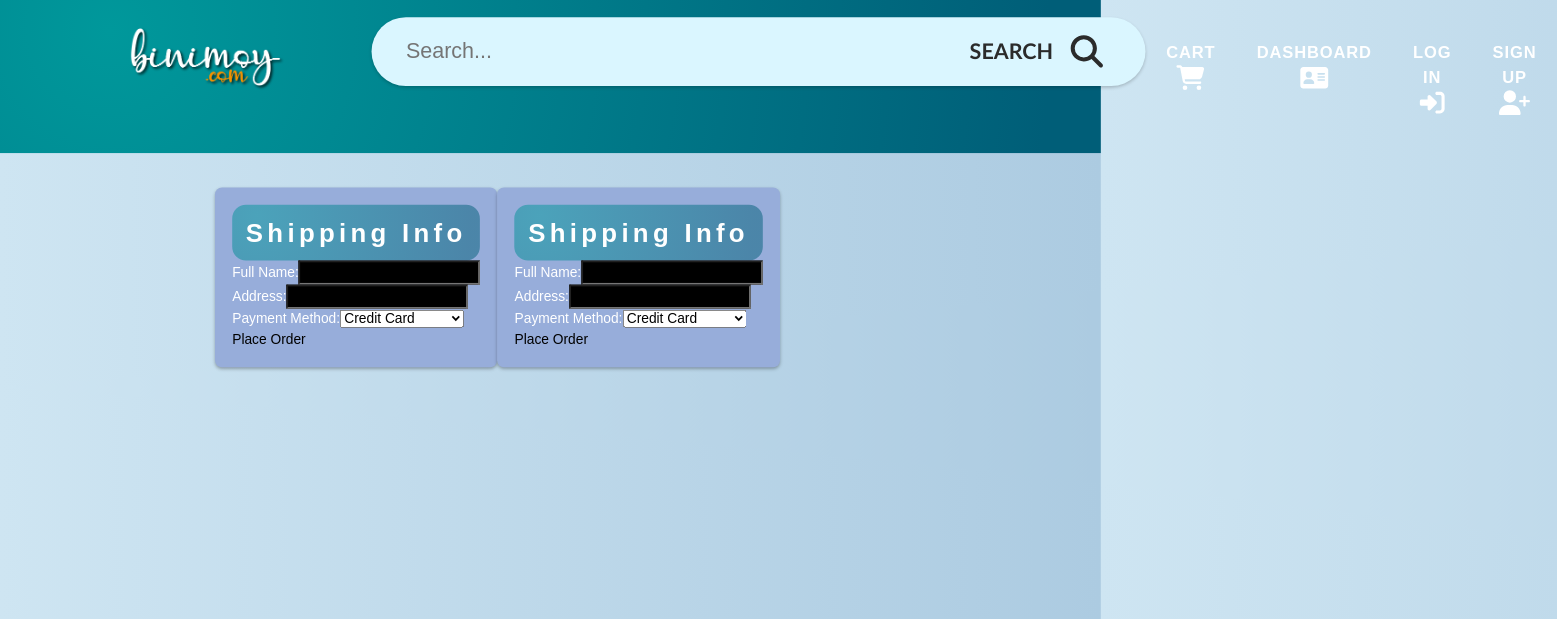
Repository: Shadman2024/2_1_DatabaseProject
Page: /checkout (app in frontend/)
The author's editor kept a copy of each file at every save. The page is drawn from the files as they stood at one save, then again after the next save.
The browser window is 1280 px wide. The page is 1811 px wide, so the pictures cover 1811 px, including what lies to the right of the window. The pictures show the whole page, at 86% of full size.
Some web libraries are served in a nearby version. The project was rebuilt for these pictures with package versions that can differ from the ones it lists, and the page was loaded fresh each time. Also part of the build but not shown: frontend/src/App.css, frontend/src/signUp/signup.js, frontend/src/logIn/login.js, frontend/src/Home/home.module.css, frontend/src/Home/hero.js, frontend/src/Home/hero2.js, frontend/src/Home/hero3.js, frontend/src/Home/smallcategory.module.css and 31 more.

Above is the page before, as saved 2024-03-08 13:48:42.

### frontend/public/index.html
<!DOCTYPE html>
<html lang="en">

<head>
  <meta charset="utf-8" />
  <link rel="icon" href="%PUBLIC_URL%/favicon.ico" />
  <meta name="viewport" content="width=device-width, initial-scale=1" />
  <meta name="theme-color" content="#000000" />
  <meta name="description" content="Web site created using create-react-app" />
  <link rel="apple-touch-icon" href="%PUBLIC_URL%/logo192.png" />
  <!--
      manifest.json provides metadata used when your web app is installed on a
      user's mobile device or desktop. See https://developers.google.com/web/fundamentals/web-app-manifest/
    -->
  <link rel="manifest" href="%PUBLIC_URL%/manifest.json" />
  <link href="https://cdn.jsdelivr.net/npm/bootstrap@5.0.2/dist/css/bootstrap.min.css" rel="stylesheet"
    integrity="sha384-EVSTQN3/azprG1Anm3QDgpJLIm9Nao0Yz1ztcQTwFspd3yD65VohhpuuCOmLASjC" crossorigin="anonymous">
  <!--
      Notice the use of %PUBLIC_URL% in the tags above.
      It will be replaced with the URL of the `public` folder during the build.
      Only files inside the `public` folder can be referenced from the HTML.

      Unlike "/favicon.ico" or "favicon.ico", "%PUBLIC_URL%/favicon.ico" will
      work correctly both with client-side routing and a non-root public URL.
      Learn how to configure a non-root public URL by running `npm run build`.
    -->
  <title>React App</title>
</head>

<body style="background: linear-gradient(to right, #cee5f2, #accbe1);
/* Other styles */
margin: 0;
height: 100vh;
color: white;">
<!-- <body style="background: #1B1B1B"> -->


  <noscript>You need to enable JavaScript to run this app.</noscript>
  <div id="root"></div>
  <!--
      This HTML file is a template.
      If you open it directly in the browser, you will see an empty page.

      You can add webfonts, meta tags, or analytics to this file.
      The build step will place the bundled scripts into the <body> tag.

      To begin the development, run `npm start` or `yarn start`.
      To create a production bundle, use `npm run build` or `yarn build`.
    -->
  <script src="https://cdn.jsdelivr.net/npm/bootstrap@5.0.2/dist/js/bootstrap.bundle.min.js"
    integrity="sha384-MrcW6ZMFYlzcLA8Nl+NtUVF0sA7MsXsP1UyJoMp4YLEuNSfAP+JcXn/tWtIaxVXM"
    crossorigin="anonymous"></script>
  <script src="https://cdn.jsdelivr.net/npm/@popperjs/core@2.9.2/dist/umd/popper.min.js"
    integrity="sha384-IQsoLXl5PILFhosVNubq5LC7Qb9DXgDA9i+tQ8Zj3iwWAwPtgFTxbJ8NT4GN1R8p"
    crossorigin="anonymous"></script>
  <script src="https://cdn.jsdelivr.net/npm/bootstrap@5.0.2/dist/js/bootstrap.min.js"
    integrity="sha384-cVKIPhGWiC2Al4u+LWgxfKTRIcfu0JTxR+EQDz/bgldoEyl4H0zUF0QKbrJ0EcQF"
    crossorigin="anonymous"></script>
  <script src="https://code.jquery.com/jquery-3.2.1.slim.min.js"
    integrity="sha384-KJ3o2DKtIkvYIK3UENzmM7KCkRr/rE9/Qpg6aAZGJwFDMVNA/GpGFF93hXpG5KkN"
    crossorigin="anonymous"></script>
  <script src="https://cdnjs.cloudflare.com/ajax/libs/popper.js/1.12.3/umd/popper.min.js"
    integrity="sha384-vFJXuSJphROIrBnz7yo7oB41mKfc8JzQZiCq4NCceLEaO4IHwicKwpJf9c9IpFgh"
    crossorigin="anonymous"></script>
  <script src="https://maxcdn.bootstrapcdn.com/bootstrap/4.0.0-beta.2/js/bootstrap.min.js"
    integrity="sha384-alpBpkh1PFOepccYVYDB4do5UnbKysX5WZXm3XxPqe5iKTfUKjNkCk9SaVuEZflJ"
    crossorigin="anonymous"></script>


</body>

</html>

### frontend/src/index.css
*{
  margin: 0;
  outline: none;
}
body {
  margin: 0;
  font-family: -apple-system, BlinkMacSystemFont, 'Segoe UI', 'Roboto', 'Oxygen',
    'Ubuntu', 'Cantarell', 'Fira Sans', 'Droid Sans', 'Helvetica Neue',
    sans-serif;
  -webkit-font-smoothing: antialiased;
  -moz-osx-font-smoothing: grayscale;
}

code {
  font-family: source-code-pro, Menlo, Monaco, Consolas, 'Courier New',
    monospace;
}
html {
  scroll-behavior: smooth;
  position: relative;
  min-height: 100%;
  overflow-x: hidden;
}

### frontend/src/signUp/signup.module.css

.login_box {
  position: absolute;
  top: 50%;
  left: 50%;
  width: 400px;
  padding: 40px;
  margin: 20px auto;
  transform: translate(-50%, -55%);
  background-image: radial-gradient( circle farthest-corner at 10% 20%,  rgba(0,152,155,1) 0.1%, rgba(0,94,120,1) 94.2% );
  box-sizing: border-box;
  box-shadow: 0 15px 25px rgba(0,0,0,.6);
  border-radius: 10px;
  color: #ffffff;
  font-size: large;
  /* padding-left: 100px;
  padding-right: 100px; */
}
.login_box .user_box {
  position: relative;
}

.login_box .user_box input {
  width: 100%;
  padding: 10px 0;
  font-size: 16px;
  color: #fffdfd;
  margin-bottom: 30px;
  border: none;
  /* background-color: #0F1F2A; */
  border-bottom: 1px solid #ffffff;
  outline: none;
  background: transparent;
  font-size: larger;
  /* font-weight: bolder; */
}

.login_box .user_box label {
  position: absolute;
  top: -20px;
  left: 0;
  padding: 10px 0;
  font-size: 20px;
  color: #ffffff;
  /* background-color: #2E5D7F; */
  pointer-events: none;
  transition: .5s;
  font-size: large;
  /* padding: 0px;
  padding-left: 20%;
  padding-right: 20%; */
  font-weight: bold;
}

.login_box .user_box input:focus ~ label,
.login_box .user_box input:valid ~ label {
  /* top: -20px; */
  left: 0;
  color: #ffffff;
  font-size: 20px;
  /* background-color: #242424; */
  padding: 0px;
  padding-left: 10px;
  padding-right: 10px;
  font-weight: bolder;
}


.login_box p:first-child {
  margin: 0 0 30px;
  padding: 0;
  color: #ffffff;
  text-align: center;
  font-size: 1.5rem;
  font-weight: bold;
  letter-spacing: 1px;
  padding-bottom: 30px;
}




.animated_button {
  position: relative;
  display: inline-block;
  padding: 12px 24px;
  border: none;
  font-size: 16px;
  background-color: inherit;
  border-radius: 100px;
  font-weight: 600;
  color: #ffffff;
  box-shadow: 0 0 0 2px #ffffff00;
  cursor: pointer;
  overflow: hidden;
  transition: all 0.6s cubic-bezier(0.23, 1, 0.320, 1);
  text-align: center;
  font-size: 1.2rem;
  /* font-weight: bold; */
  letter-spacing: 1px;
  /* padding-bottom: 30px; */
}

.animated_button span:last-child {
  position: absolute;
  top: 50%;
  left: 50%;
  transform: translate(-50%, -50%);
  width: 20px;
  height: 20px;
  background-color: #fff;
  /* color: #000; */
  border-radius: 50%;
  opacity: 0;
  transition: all 0.8s cubic-bezier(0.23, 1, 0.320, 1);
}

.animated_button span:first-child {
  position: relative;
  z-index: 1;
}

.animated_button:hover {
  box-shadow: 0 0 0 3px #ffffff;
  color: #2F0332;
}

.animated_button:active {
  scale: 0.95;
}

.animated_button:hover span:last-child {
  width: 150px;
  height: 150px;
  opacity: 1;
}

input {
  color: white;
  background-color: black;
}

::-ms-reveal {
  filter: invert(100%);
}

/* Chrome, Safari, Edge, Opera */
input::-webkit-outer-spin-button,
input::-webkit-inner-spin-button {
-webkit-appearance: none;
margin: 0;
}

### frontend/src/logIn/login.module.css


.login_box {
  position: absolute;
  top: 50%;
  left: 50%;
  width: 400px;
  padding: 40px;
  margin: 20px auto;
  transform: translate(-50%, -55%);
  background-image: radial-gradient( circle farthest-corner at 10% 20%,  rgba(0,152,155,1) 0.1%, rgba(0,94,120,1) 94.2% );
  box-sizing: border-box;
  box-shadow: 0 15px 25px rgba(0, 0, 0, .6);
  border-radius: 10px;
  color: #ffffff;
  font-size: large;
  /* padding-left: 100px;
  padding-right: 100px; */
}

.login_box .user_box {
  position: relative;
}

.login_box .user_box input {
  width: 100%;
  padding: 10px 0;
  font-size: 16px;
  color: #fffdfd;
  margin-bottom: 30px;
  border: none;
  /* background-color: #0F1F2A; */
  border-bottom: 1px solid #ffffff;
  outline: none;
  background: transparent;
  font-size: larger;
  /* font-weight: bolder; */
}

.login_box .user_box label {
  position: absolute;
  top: -20px;
  left: 0;
  padding: 10px 0;
  font-size: 20px;
  color: #ffffff;
  /* background-color: #2E5D7F; */
  pointer-events: none;
  transition: .5s;
  font-size: large;
  /* padding: 0px;
  padding-left: 20%;
  padding-right: 20%; */
  font-weight: bold;
}

.login_box .user_box input:focus~label,
.login_box .user_box input:valid~label {
  /* top: -20px; */
  left: 0;
  color: #ffffff;
  font-size: 20px;
  /* background-color: #242424; */
  padding: 0px;
  padding-left: 10px;
  padding-right: 10px;
  font-weight: bolder;
}


.login_box p:first-child {
  margin: 0 0 30px;
  padding: 0;
  color: #ffffff;
  text-align: center;
  font-size: 1.5rem;
  font-weight: bold;
  letter-spacing: 1px;
  padding-bottom: 30px;
}




.animated_button {
  position: relative;
  display: inline-block;
  padding: 12px 24px;
  border: none;
  font-size: 16px;
  background-color: inherit;
  border-radius: 100px;
  font-weight: 600;
  color: #ffffff;
  box-shadow: 0 0 0 2px #ffffff00;
  cursor: pointer;
  overflow: hidden;
  transition: all 0.6s cubic-bezier(0.23, 1, 0.320, 1);
  text-align: center;
  font-size: 1.2rem;
  /* font-weight: bold; */
  letter-spacing: 1px;
  /* padding-bottom: 30px; */
}

.animated_button span:last-child {
  position: absolute;
  top: 50%;
  left: 50%;
  transform: translate(-50%, -50%);
  width: 20px;
  height: 20px;
  background-color: #fff;
  /* color: #000; */
  border-radius: 50%;
  opacity: 0;
  transition: all 0.8s cubic-bezier(0.23, 1, 0.320, 1);
}

.animated_button span:first-child {
  position: relative;
  z-index: 1;
}

.animated_button:hover {
  box-shadow: 0 0 0 3px #ffffff;
  color: #2F0332;
}

.animated_button:active {
  scale: 0.95;
}

.animated_button:hover span:last-child {
  width: 150px;
  height: 150px;
  opacity: 1;
}

input {
  color: white;
  background-color: black;
}

::-ms-reveal {
  filter: invert(100%);
}

### frontend/src/dashboard/dashboard.module.css
body {
    /* font-family: Arial, sans-serif; */
    margin: 0;
    padding: 0;
    box-sizing: border-box;
    /* font-size: larger; */
}

.container {
    font-size: 30px;
    display: flex;
    justify-content: space-around;
    margin: 20px;
    margin-left: 130px;
    margin-right: 130px;
}

.user_info,
.order_info {
    flex-basis: 45%;
    padding: 20px;
    box-shadow: 0 0 10px rgba(0, 0, 0, 0.1);
}


.user_photo {
    width: 200px;
    height: 200px;
    object-fit: cover;
    border-radius: 50%;
    margin-bottom: 20px;
}

h2 {
    color: #333;
    margin-bottom: 15px;
}

p {
    line-height: 1.6;
    color: #666;
}

strong {
    color: #333;
}

@media (max-width: 768px) {
    .container {
        flex-direction: column;
        align-items: center;
    }

    .user-info,
    .order-info {
        flex-basis: 90%;
    }
}

.title {
    /* Add styles for your title here */
    margin-bottom: 10px;
    /* Example space between title and wrapper */
    font-size: 30px;
    color: rgb(255, 255, 255);
    font-weight: bolder;
    padding-left: 200px;
    background-image: radial-gradient( circle farthest-corner at 10% 20%,  rgba(0,152,155,1) 0.1%, rgba(0,94,120,1) 94.2% );
    margin-top: 0px;
    letter-spacing: 5px;
}

.animated_button {
    position: relative;
    display: inline-block;
    padding: 12px 24px;
    border: none;
    font-size: 16px;
    background-color: rgb(71, 0, 73);
    border-radius: 100px;
    font-weight: 600;
    color: rgb(255, 255, 255);
    box-shadow: 0 0 0 2px #ffffff00;
    cursor: pointer;
    overflow: hidden;
    transition: all 0.6s cubic-bezier(0.23, 1, 0.320, 1);
    text-align: center;
    font-size: 1.2rem;
    /* font-weight: bold; */
    letter-spacing: 1px;
    /* padding-bottom: 30px; */
}

.animated_button span:last-child {
    position: absolute;
    top: 50%;
    left: 50%;
    transform: translate(-50%, -50%);
    width: 20px;
    height: 20px;
    background-color: rgb(71, 0, 73);
    /* color: #000; */
    border-radius: 50%;
    opacity: 0;
    transition: all 0.8s cubic-bezier(0.23, 1, 0.320, 1);
}

.animated_button span:first-child {
    position: relative;
    z-index: 1;
}

.animated_button:hover {
    box-shadow: 0 0 0 3px #ffffff;
    color: #2F0332;
}

.animated_button:active {
    scale: 0.95;
}

.animated_button:hover span:last-child {
    width: 150px;
    height: 150px;
    opacity: 1;
}
.userDetails {
    margin-bottom: 10px;
    color: #0f0f0f;
    font-size: 30px;
}

.userDetails strong {
    color: #2c2c2c;
    font-weight: bold;
}
.user_photo{
    margin-top: 10px;
}

.userDetail {
    display: flex;
    align-items: center;
    margin-bottom: 10px;
}

.detailLabel, .detailValue {
    margin-right: 100px;
}

.detailLabel {
    /* If you want the labels to have a fixed width for alignment */
    width: 220px;
    font-weight: bold;
    color: #000;
}

.detailValue {
    flex-grow: 1;
    color: #333;
}

/* Your existing styles */

### frontend/src/orders/orders.module.css
/* orders.module.css */
.orders_container {
  padding: 20px;
  /* background: #f5f5f5; */
  border-radius: 8px;
  /* box-shadow: 0 2px 4px rgba(0,0,0,0.1); */
  margin-left: 250px;
  margin-right: 250px;
  margin-left: 250px;
  margin-top: 40px;
  margin-right: 250px;
  padding: 20px;
  /* background-color: #f9f9f9; */
  border-radius: 8px;
  box-shadow: 0 2px 4px rgba(0,0,0,0.3);
  background-color: #97adda;
}

.title {
  font-size: 30px;;
  color: rgb(255, 255, 255);
  font-weight: bolder;
  background-image: radial-gradient( circle farthest-corner at 10% 20%,  rgba(0,152,155,50%) 0.1%, rgba(0,94,120,50%) 94.2% );
  margin-top: 0px;
  /* background-color: #ba96db; */
  letter-spacing: 5px;
  margin-bottom: 0px;
  padding-bottom: 0px;
  border-radius: 0.5rem;
  padding: 10px;
  text-align: center;
  border-radius: 1rem 1rem 1rem 1rem;
  margin-bottom: 10px;
}

.order {
  /* background: #ffffff; */
  padding: 15px;
  margin-bottom: 20px;
  /* border-radius: 8px; */
  /* box-shadow: 0 1px 3px rgba(0,0,0,0.12), 0 1px 2px rgba(0,0,0,0.24); */
  font-size: 20px;
  border-radius: 1rem 1rem 1rem 1rem;
  background-color: white;
}

.order h3 {
  color: #0275d8;
  font-size: 20px;
  margin-top: 0;
  margin-bottom: 10px;
}

.order p {
  color: #313131;
  margin: 5px 0;
}

ul {
  list-style-type: none;
  padding: 0;
}

li {
  margin: 5px 0;
  color: #363636;
}

strong {
  color: #333;
}

/* Specific styles for shipping and payment sections */
.order > div {
  margin-top: 10px;
  padding-top: 10px;
  border-top: 1px solid #eee;
}

/* Adjust the below properties as per your UI requirements */
.orders_table {
  width: 100%;
  border-collapse: collapse;
}

.orders_table th, .orders_table td {
  text-align: left;
  padding: 8px;
  border-bottom: 1px solid #ddd;
}

.orders_table th {
  background-color: #f9f9f9;
}
.orders_table {
  width: 100%;
  margin-top: 10px;
  border-collapse: collapse;
}

.orders_table th, .orders_table td {
  text-align: left;
  padding: 8px;
  border-bottom: 1px solid #ddd;
}

.orders_table th {
  background-color: teal;
  /* color: #313131; */
}
.orders_table td {
  background-color: #e0e0e0;
  color: #313131;
}

### frontend/src/checkout/checkout.module.css
.container{
    display: flex;
    margin-left: 250px;
    margin-right: 250px;
}
.shipping{
    padding: 20px;
    /* background: #f5f5f5; */
    /* border-radius: 8px; */
    /* box-shadow: 0 2px 4px rgba(0,0,0,0.1); */
    /* margin-left: 250px; */
    margin-top: 40px;
    /* margin-right: 250px; */
    padding: 20px;
    /* background-color: #f9f9f9; */
    border-radius: 8px;
    box-shadow: 0 2px 4px rgba(0,0,0,0.3);
    background-color: #97adda;
}
.title {
    font-size: 30px;;
    color: rgb(255, 255, 255);
    font-weight: bolder;
    background-image: radial-gradient( circle farthest-corner at 10% 20%,  rgba(0,152,155,50%) 0.1%, rgba(0,94,120,50%) 94.2% );
    margin-top: 0px;
    /* background-color: #ba96db; */
    letter-spacing: 5px;
    margin-bottom: 0px;
    padding-bottom: 0px;
    border-radius: 0.5rem;
    padding: 10px;
    text-align: center;
    border-radius: 1rem 1rem 1rem 1rem;
}

### frontend/src/Home/hero.module.css
.hero {
    /* height: 100vh; */
    background: linear-gradient(180deg, #fde1ff, #e1ffea22 60%);
    display: flex;
    margin-bottom: 25px;
}

.hero_left {
    flex: 1;
    display: flex;
    flex-direction: column;
    /* justify-content: center; */
    padding-top: 10px;
    gap: 2px;
    padding-left: 10px;
    line-height: 1.1;
}

.hero_left h2 {
    color: rgb(41, 0, 35);
    font-size: 26 px;
    font-weight: 600;
}

.hero_left p {
    color: rgb(50, 0, 54);
    font-size: 100px;
    font-weight: 600;
}

.hero_hand_icon {
    display: flex;
    align-items: center;
    gap: 20px;
}

.image {
    /* max-width: 100%; */
    width: 199%;
    height: 500px;
    display: block; /* Ensure images resize within their container */
    border: 2px solid black;
    border-radius: 0.4rem;
  }

/* .hero-latest-btn{
    display: flex;
    justify-content: center;
    align-items: center;
    gap: 15px;
    width: 310px;
    height: 70px;
    background: #3d1a3f;
    color: white;
    font-size: 22px;
    font-weight: 500;

} */

.hero_right {
    flex: 1;
    display: flex;
    align-items: center;
    justify-content: center;
}

button {
    position: relative;
    display: inline-block;
    cursor: pointer;
    outline: none;
    border: 0;
    vertical-align: middle;
    text-decoration: none;
    background: transparent;
    padding: 0;
    font-size: inherit;
    font-family: inherit;
}

button.learn_more {
    width: 12rem;
    height: auto;
}

button.learn_more .circle {
    transition: all 0.45s cubic-bezier(0.65, 0, 0.076, 1);
    position: relative;
    display: block;
    margin: 0;
    width: 3rem;
    height: 3rem;
    background: #ffffff;
    border-radius: 1.625rem;
}

button.learn_more .circle .icon {
    transition: all 0.45s cubic-bezier(0.65, 0, 0.076, 1);
    position: absolute;
    top: 0;
    bottom: 0;
    margin: auto;
    background: #ffffff;
}

button.learn_more .circle .icon {
    transition: all 0.45s cubic-bezier(0.65, 0, 0.076, 1);
    left: 0.625rem;
    width: 1.125rem;
    height: 0.125rem;
    background: none;
}

button.learn_more .circle .icon::before {
    position: absolute;
    content: "";
    top: -0.29rem;
    right: 0.0625rem;
    width: 0.625rem;
    height: 0.625rem;
    border-top: 0.125rem solid #020202;
    border-right: 0.125rem solid #000000;
    transform: rotate(45deg);
}

button.learn_more .button_text {
    transition: all 0.45s cubic-bezier(0.65, 0, 0.076, 1);
    position: absolute;
    top: 0;
    left: 0;
    right: 0;
    bottom: 0;
    padding: 0.75rem 0;
    margin: 0 0 0 1.85rem;
    color: #ffffff;
    font-weight: 700;
    line-height: 1.6;
    text-align: center;
    text-transform: uppercase;
}

button:hover .circle {
    width: 100%;
}

button:hover .circle .icon{
    background: #000000;
    transform: translate(1rem, 0);
}

button:hover .button_text {
    color: #000000;
}

### frontend/src/Home/hero3.module.css
.hero {
    height: 10vh;
    /* Layer the gradient over the image */
    background-image: linear-gradient(90deg, #ffffff, #ffffff22 70%), url('hero3image.jpg');
    background-size: cover; /* Cover the entire area */
    background-position: center; /* Center the image */
    display: flex;
    padding-top: 20%;
    padding-bottom: 20%;
    /* If you want the image to not scroll with the page, use the following line */
    background-attachment: fixed;
}


.hero_left {
    flex: 1;
    display: flex;
    flex-direction: column;
    justify-content: center;
    gap: 20px;
    padding-left: 180px;
    line-height: 1.1;
}

.hero_left h2 {
    color: rgb(46, 0, 27);
    font-size: 26px; /* Corrected the space issue between '26' and 'px' */
    font-weight: 600;
    /* text-shadow: 2px 2px 4px rgba(0, 0, 0, 0.9); Example shadow: horizontal, vertical, blur, color */
}

.hero_left p {
    color: rgb(58, 0, 50);
    font-size: 100px;
    font-weight: 600;
    /* text-shadow: 3px 9px 9px rgba(0, 0, 0, 0.9); Slightly larger shadow for larger text */
}


.hero_hand_icon {
    display: flex;
    align-items: center;
    gap: 20px;
}

/* .hero-latest-btn{
    display: flex;
    justify-content: center;
    align-items: center;
    gap: 15px;
    width: 310px;
    height: 70px;
    background: #3d1a3f;
    color: white;
    font-size: 22px;
    font-weight: 500;

} */

.hero_right {
    flex: 1;
    display: flex;
    align-items: center;
    justify-content: center;
}

button {
    position: relative;
    display: inline-block;
    cursor: pointer;
    outline: none;
    border: 0;
    vertical-align: middle;
    text-decoration: none;
    background: transparent;
    padding: 0;
    font-size: inherit;
    font-family: inherit;
}

button.learn_more {
    width: 12rem;
    height: auto;
}

button.learn_more .circle {
    transition: all 0.45s cubic-bezier(0.65, 0, 0.076, 1);
    position: relative;
    display: block;
    margin: 0;
    width: 3rem;
    height: 3rem;
    background: #360029;
    border-radius: 1.625rem;
}

button.learn_more .circle .icon {
    transition: all 0.45s cubic-bezier(0.65, 0, 0.076, 1);
    position: absolute;
    top: 0;
    bottom: 0;
    margin: auto;
    background: #1d0018;
}

button.learn_more .circle .icon {
    transition: all 0.45s cubic-bezier(0.65, 0, 0.076, 1);
    left: 0.625rem;
    width: 1.125rem;
    height: 0.125rem;
    background: none;
}

button.learn_more .circle .icon::before {
    position: absolute;
    content: "";
    top: -0.29rem;
    right: 0.0625rem;
    width: 0.625rem;
    height: 0.625rem;
    border-top: 0.125rem solid #ffffff;
    border-right: 0.125rem solid #ffffff;
    transform: rotate(45deg);
}

button.learn_more .button_text {
    transition: all 0.45s cubic-bezier(0.65, 0, 0.076, 1);
    position: absolute;
    top: 0;
    left: 0;
    right: 0;
    bottom: 0;
    padding: 0.75rem 0;
    margin: 0 0 0 1.85rem;
    color: #1b0017;
    font-weight: 700;
    line-height: 1.6;
    text-align: center;
    text-transform: uppercase;
}

button:hover .circle {
    width: 100%;
}

button:hover .circle .icon{
    background: #ffffff;
    transform: translate(1rem, 0);
}

button:hover .button_text {
    color: #ffffff;
}

Loaded but not shown: frontend/src/NavBar/nav.js (82 lines, source omitted); frontend/src/checkout/checkout.js (78 lines, source omitted); frontend/src/App.js (81 lines, source omitted); frontend/src/index.js (10 lines, source omitted); frontend/src/seach/search.module.css (299 lines, source omitted); frontend/src/NavBar/nav.module.css (307 lines, source omitted); frontend/src/Home/hero2.module.css (153 lines, source omitted); frontend/src/admin/admin.module.css (no stored copy; drawn as an empty file)

After the next save:
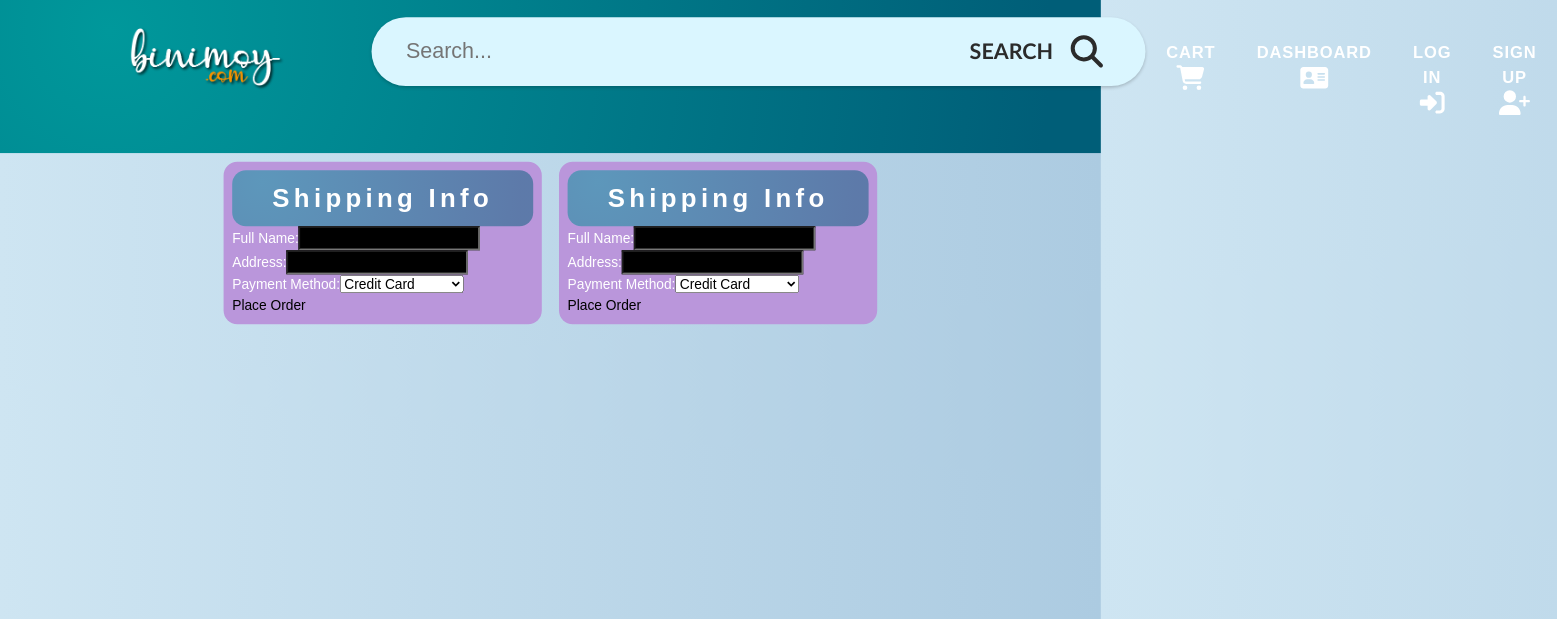
Saved 22 s later.
--- a/frontend/src/checkout/checkout.module.css
+++ b/frontend/src/checkout/checkout.module.css
@@ -4,18 +4,11 @@
     margin-right: 250px;
 }
 .shipping{
-    padding: 20px;
-    /* background: #f5f5f5; */
-    /* border-radius: 8px; */
-    /* box-shadow: 0 2px 4px rgba(0,0,0,0.1); */
-    /* margin-left: 250px; */
-    margin-top: 40px;
-    /* margin-right: 250px; */
-    padding: 20px;
-    /* background-color: #f9f9f9; */
-    border-radius: 8px;
-    box-shadow: 0 2px 4px rgba(0,0,0,0.3);
-    background-color: #97adda;
+    background-color: #ba96db;
+    padding: 10px;
+    width: 50%;
+    margin: 10px;
+    border-radius: 1rem 1rem 1rem 1rem;
 }
 .title {
     font-size: 30px;;
